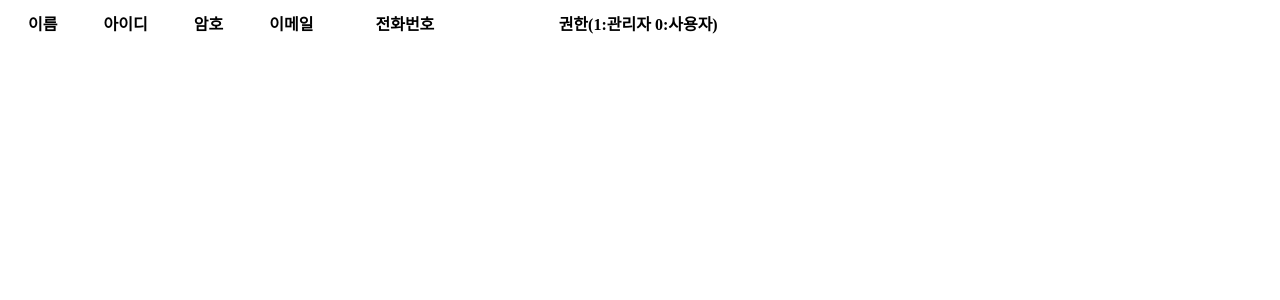
Repository: yjeongyjeong/jsp
Page: http://localhost/web-study-08-oracle/01_allMember.jsp
The author's editor kept a copy of each file at every save. The page is drawn from the files as they stood at one save, then again after the next save.
The browser window is 1280 px wide. The pictures show the whole page.
The page is served by Tomcat 9.

Above is the page before, as saved 2023-10-12 06:19:13.

### web-study-08-oracle/src/main/webapp/01_allMember.jsp
<%@page import="java.sql.ResultSet"%>
<%@page import="java.sql.Statement"%>
<%@page import="java.sql.Connection"%>
<%@ page language="java" contentType="text/html; charset=UTF-8"
    pageEncoding="UTF-8"%>

<%! /* 선언문  */
	Connection con = null;
	Statement stmt = null;
	ResultSet rs = null;

	String url = "jdbc:oracle:thin:@localhost:1521:xe";
	String uid = "scott";
	String pwd = "tiger";
	String sql = "select * from member";
%>

<!DOCTYPE html>
<html>
<head>
<meta charset="UTF-8">
<title>Insert title here</title>
</head>
<body>
	<table width="800" border"1">
		<tr>
			<th>이름</th><th>아이디</th><th>암호</th>
			<th>이메일</th><th>전화번호</th><th>권한(1:관리자 0:사용자)</th>
		</tr>

	</table>

</body>
</html>

After the next save:
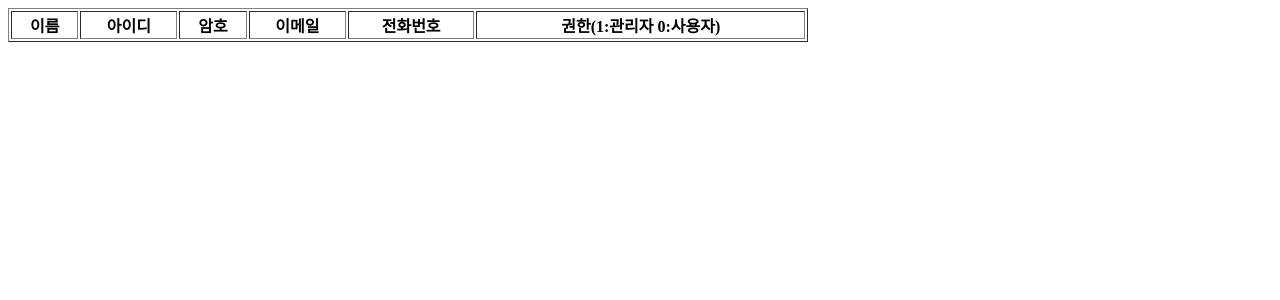
Saved 14 s later.
--- a/web-study-08-oracle/src/main/webapp/01_allMember.jsp
+++ b/web-study-08-oracle/src/main/webapp/01_allMember.jsp
@@ -22,7 +22,7 @@
 <title>Insert title here</title>
 </head>
 <body>
-	<table width="800" border"1">
+	<table width="800" border="1">
 		<tr>
 			<th>이름</th><th>아이디</th><th>암호</th>
 			<th>이메일</th><th>전화번호</th><th>권한(1:관리자 0:사용자)</th>
